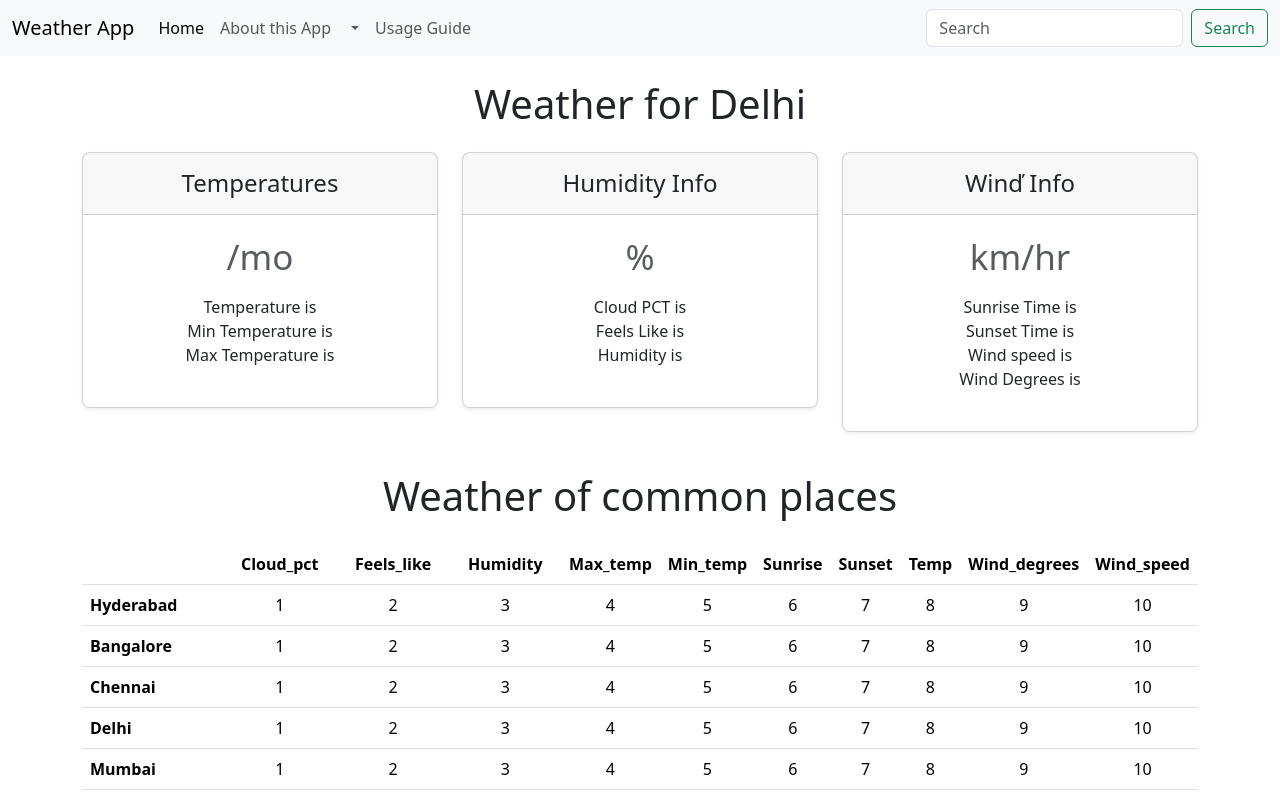
Repository: Abhilash2909/weather
Page: index.html
These files come from the project's save history. The page is drawn as it stood at one moment and after the next save; the edit follows.
The browser window is 1280 px wide. The pictures show the whole page.
The page's requests for data from a server got no answer.

Above is the page before, as saved 2024-02-11 16:34:55.

After the next save:
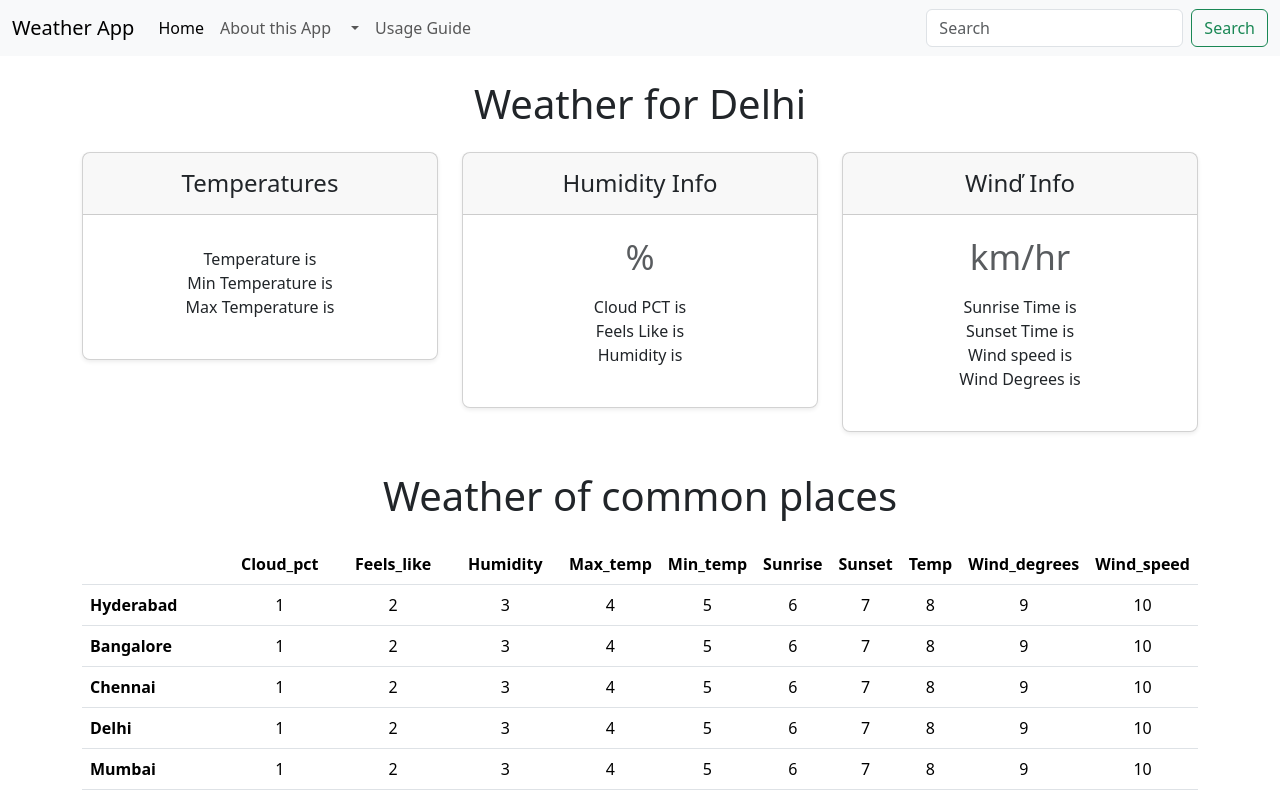
Saved 11 s later.
--- a/index.html
+++ b/index.html
@@ -53,7 +53,7 @@
                 <h4 class="my-0 fw-normal">Temperatures</h4>
               </div>
               <div class="card-body">
-                <h1 class="card-title pricing-card-title"><small class="text-body-secondary fw-light">/mo</small></h1>
+                <h1 class="card-title pricing-card-title"><small class="text-body-secondary fw-light"></small></h1>
                 <ul class="list-unstyled mt-3 mb-4">
                   <li>Temperature is <span id="temp" ></span></li>
                   <li>Min Temperature is <span id="min_temp" ></span></li>
